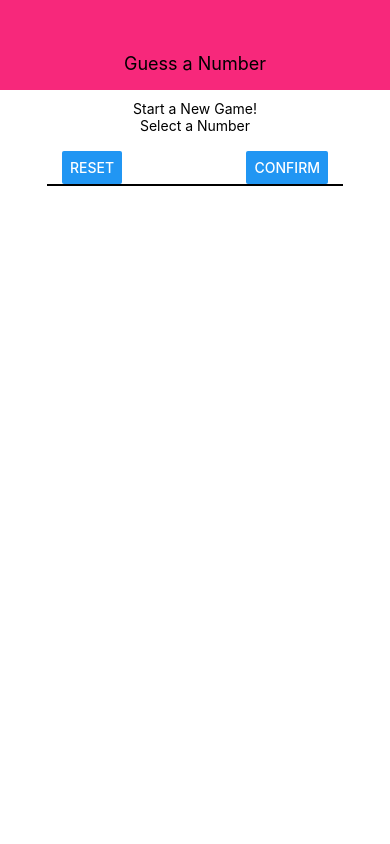
Repository: ChidiChuks/rn-second-project
Screen: / (app in second-project/)
The author's editor kept a copy of each file at every save. The screen is drawn from the files as they stood at one save, then again after the next save.
The app was drawn by React Native's web renderer in a window 390 px wide. The project was rebuilt for these pictures with package versions that can differ from the ones it lists, and the page was loaded fresh each time.

Above is the screen before, as saved 2019-10-23 13:20:19.

### second-project/App.js
import React from 'react';
import { StyleSheet, View } from 'react-native';

import Header from './components/Header';
import StartGameScreen from './screens/StartGameScreen';

export default function App() {
  return (
    <View style={styles.screen}>
      <Header title="Guess a Number" />
      <StartGameScreen />
    </View>
  );
}

const styles = StyleSheet.create({
  screen: {
    flex: 1
  }
});

### second-project/components/Header.js
import React from 'react';
import { View, Text, StyleSheet } from 'react-native';

const Header = props => {
  return (
    <View style={styles.header}>
      <Text style={styles.headerTitle}>{props.title}</Text>
    </View>
  );
};

const styles = StyleSheet.create({
  header: {
    width: '100%',
    height: 90,
    paddingTop: 36,
    backgroundColor: '#f7287b',
    alignItems: 'center',
    justifyContent: 'center'
  },
  headerTitle: {
    color: 'black',
    fontSize: 18,

  }
});

export default Header;

### second-project/screens/StartGameScreen.js
import React from 'react';
import { View, Text, StyleSheet, TextInput, Button } from 'react-native';

const StartGameScreen = props => {
  return (
    <View style={styles.screen}>
      <Text STYLE={StyleSheet.title}>Start a New Game!</Text>
      <View style={styles.inputContainer}>
        <Text>Select a Number</Text>
        <TextInput />
        <View style={styles.buttonContainer}>
          <Button title="Reset" onPress={() => {}} />
          <Button title="Confirm" onPress={() => {}} />
        </View>
      </View>
    </View>
  );
};

const styles = StyleSheet.create({
  screen: {
    flex: 1,
    padding: 10,
    alignItems: 'center'
  },
  title: {
    fontSize: 20,
    marginVertical: 10
  },
  inputContainer: {
    width: 300,
    maxWidth: '80%',
    alignItems: 'center',
    shadowColor: 'black',
    shadowOffset: { width: 0, height: 2 }
  },
  buttonContainer: {
    flexDirection: 'row',
    width: '100%',
    justifyContent: 'space-between',
    paddingHorizontal: 15
  }
});

export default StartGameScreen;

After the next save:
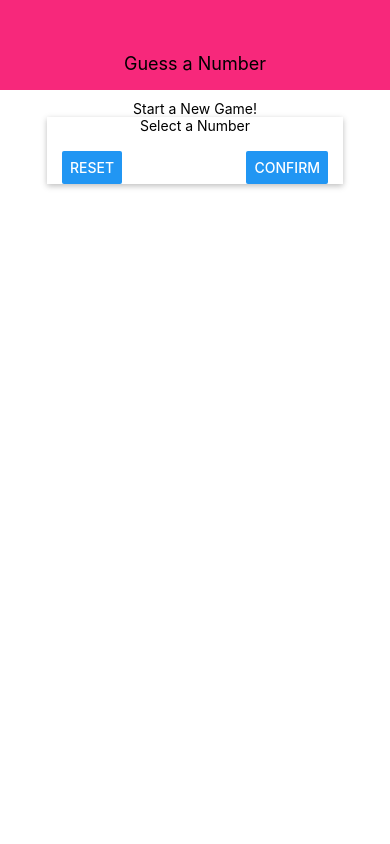
Saved 44 s later.
--- a/second-project/screens/StartGameScreen.js
+++ b/second-project/screens/StartGameScreen.js
@@ -32,7 +32,9 @@ const styles = StyleSheet.create({
     maxWidth: '80%',
     alignItems: 'center',
     shadowColor: 'black',
-    shadowOffset: { width: 0, height: 2 }
+    shadowOffset: { width: 0, height: 2 },
+    shadowRadius: 6,
+    shadowOpacity: 0.26,
   },
   buttonContainer: {
     flexDirection: 'row',
